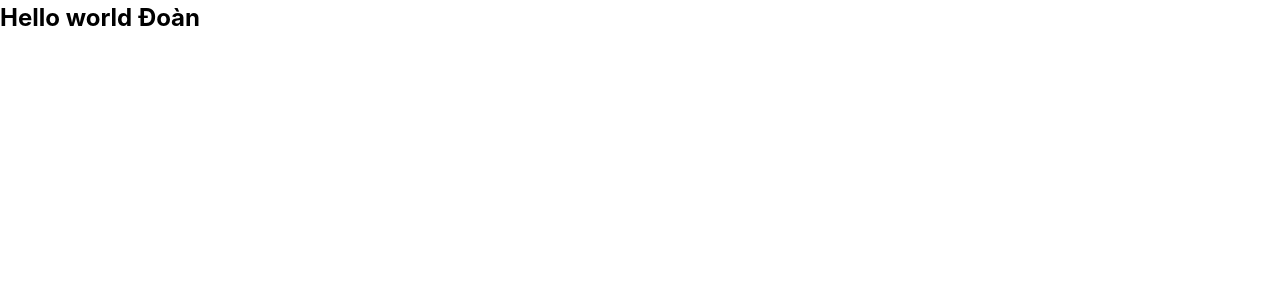
Repository: ledoanmk43/Demo_typescript
Page: /
The author's editor kept a copy of each file at every save. The page is drawn from the files as they stood at one save, then again after the next save.
The browser window is 1280 px wide. The pictures show the whole page.
The project was rebuilt for these pictures with package versions that can differ from the ones it lists, and the page was loaded fresh each time.

Above is the page before, as saved 2022-03-07 11:07:03.

After the next save:
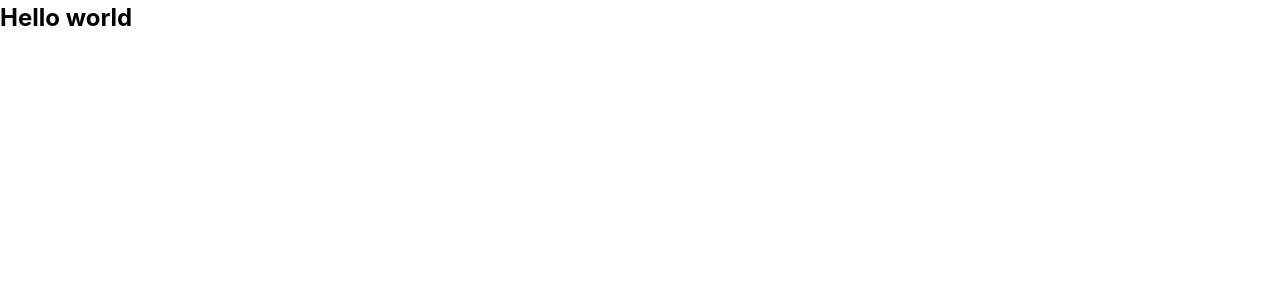
Saved 21 s later.
--- a/src/components/Greeting.tsx
+++ b/src/components/Greeting.tsx
@@ -1,13 +1,13 @@
 import React from "react";
 
 type Props = {
-  nameProps: string;
+  name: string;
 };
 
 const Greeting = (nameProps: Props) => {
   return (
     <div>
-      <h2>Hello world {nameProps.nameProps}</h2>
+      <h2>Hello world {nameProps.name}</h2>
     </div>
   );
 };

After the 6 saves that followed:
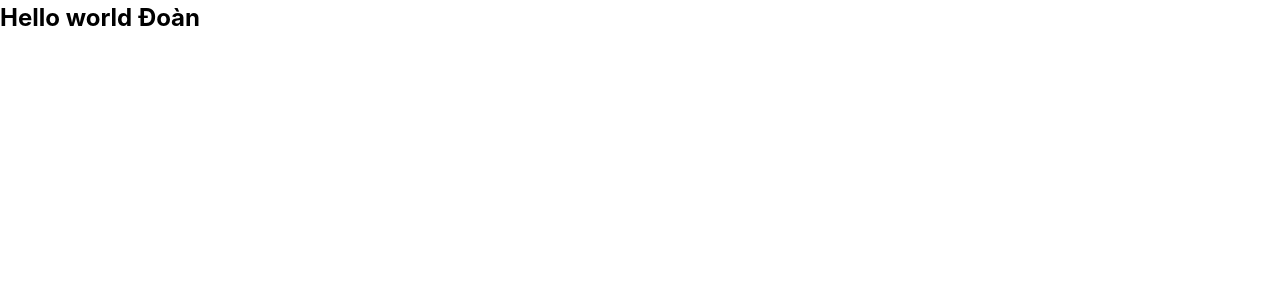
The 6 saves are shown as one change because 1 did not build or start and 3 left the picture as it was and some came seconds apart.
The last was saved 106 s later.
--- a/src/App.tsx
+++ b/src/App.tsx
@@ -6,7 +6,7 @@ import Greeting from "./components/Greeting";
 function App() {
   return (
     <div className="App">
-      <Greeting nameProps="Đoàn" />
+      <Greeting name="Đoàn" />
     </div>
   );
 }
--- a/src/components/Greeting.tsx
+++ b/src/components/Greeting.tsx
@@ -1,13 +1,13 @@
 import React from "react";
 
-type Props = {
+type GreetingProps = {
   name: string;
 };
 
-const Greeting = (nameProps: Props) => {
+const Greeting = (props: GreetingProps) => {
   return (
     <div>
-      <h2>Hello world {nameProps.name}</h2>
+      <h2>Hello world {props.name}</h2>
     </div>
   );
 };
